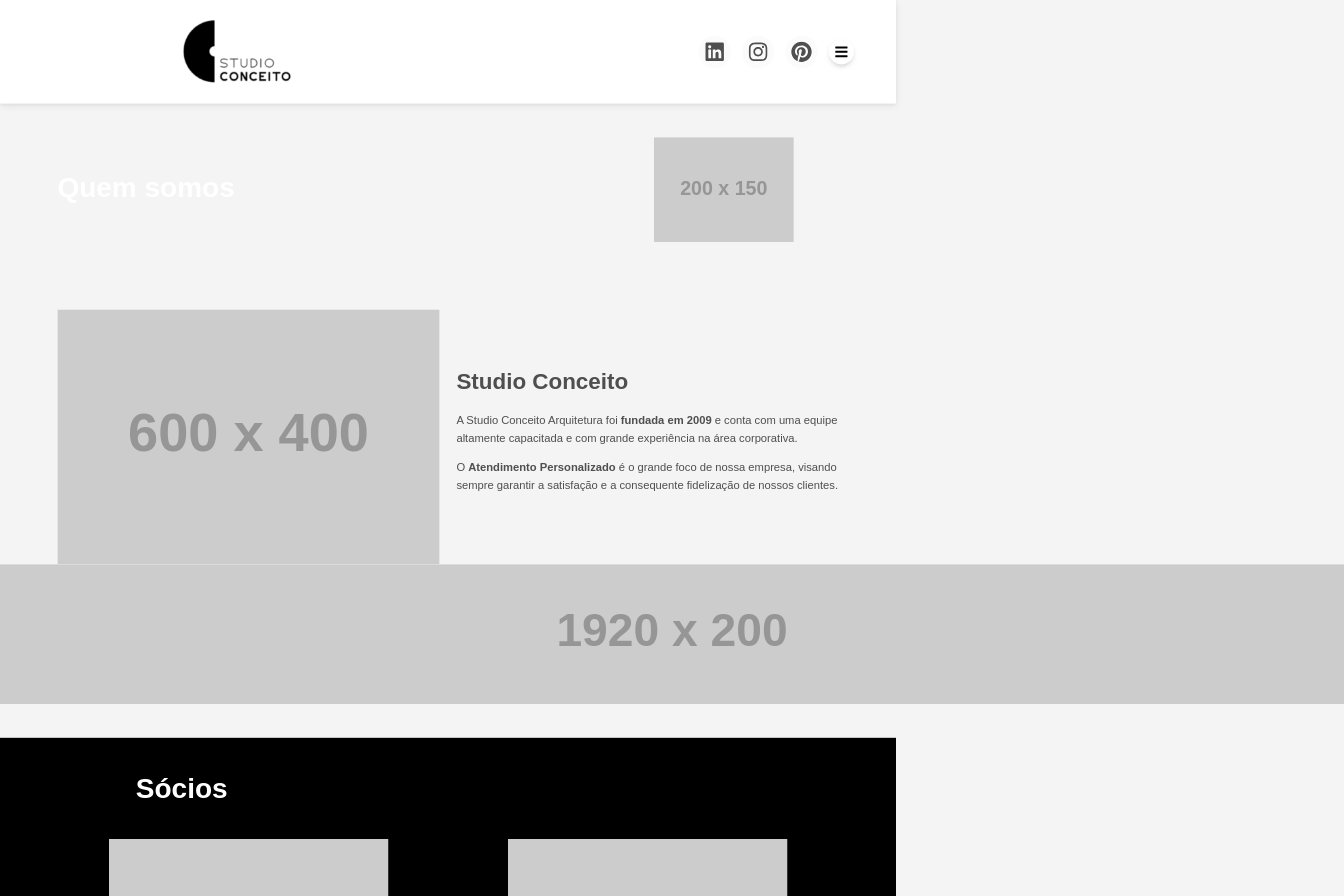
Repository: Upstairs-Agencia/studio-conceito-react
Page: /quem-somos
These files come from the project's save history. The page is drawn as it stood at one moment and after the next save; the edit follows.
The browser window is 1280 px wide. The page is 1920 px wide, so the pictures cover 1920 px, including what lies to the right of the window. The pictures show the part of the page from y = 0 to 1280 px (the page is 3527 px tall before and 3571 px after), at 70% of full size.
The project was rebuilt for these pictures with package versions that can differ from the ones it lists, and the page was loaded fresh each time. Also part of the build but not shown: src/pages/Home.js, src/pages/Servicos.js, src/styles/cases.css, src/pages/Cases.js, src/pages/Blog.js, src/pages/Clientes.js, src/pages/Contato.js.

Above is the page before, as saved 2024-12-29 13:03:05.

### public/index.html
<!DOCTYPE html>
<html lang="en">
  <head>
    <meta charset="utf-8" />
    <link rel="icon" href="%PUBLIC_URL%/favicon.ico" />
    <meta name="viewport" content="width=device-width, initial-scale=1" />
    <meta name="theme-color" content="#000000" />
    <meta
      name="description"
      content="Web site created using create-react-app"
    />
    <link rel="apple-touch-icon" href="%PUBLIC_URL%/logo192.png" />
    <!--
      manifest.json provides metadata used when your web app is installed on a
      user's mobile device or desktop. See https://developers.google.com/web/fundamentals/web-app-manifest/
    -->
    <link rel="manifest" href="%PUBLIC_URL%/manifest.json" />
    <!--
      Notice the use of %PUBLIC_URL% in the tags above.
      It will be replaced with the URL of the `public` folder during the build.
      Only files inside the `public` folder can be referenced from the HTML.

      Unlike "/favicon.ico" or "favicon.ico", "%PUBLIC_URL%/favicon.ico" will
      work correctly both with client-side routing and a non-root public URL.
      Learn how to configure a non-root public URL by running `npm run build`.
    -->
    <title>Studio Conceito</title>
  </head>
  <body>
    <noscript>You need to enable JavaScript to run this app.</noscript>
    <div id="root"></div>
    <!--
      This HTML file is a template.
      If you open it directly in the browser, you will see an empty page.

      You can add webfonts, meta tags, or analytics to this file.
      The build step will place the bundled scripts into the <body> tag.

      To begin the development, run `npm start` or `yarn start`.
      To create a production bundle, use `npm run build` or `yarn build`.
    -->
  </body>
</html>

### src/index.js

import React from 'react';
import ReactDOM from 'react-dom';
import App from './App';
import 'mdb-react-ui-kit/dist/css/mdb.min.css'; // MDB styles
import './index.css'; // Global styles

ReactDOM.render(
  <React.StrictMode>
    <App />
  </React.StrictMode>,
  document.getElementById('root')
);

### src/App.js

import React from 'react';
import { BrowserRouter as Router, Routes, Route } from 'react-router-dom';
import Home from './pages/Home';
import QuemSomos from './pages/QuemSomos';
import Servicos from './pages/Servicos';
import Cases from './pages/Cases';
import Blog from './pages/Blog';
import Clientes from './pages/Clientes';
import Contato from './pages/Contato';

function App() {
  return (
    <Router>
      <Routes>
        <Route path="/" element={<Home />} />
        <Route path="/quem-somos" element={<QuemSomos />} />
        <Route path="/servicos" element={<Servicos />} />
        <Route path="/cases" element={<Cases />} />
        <Route path="/blog" element={<Blog />} />
        <Route path="/clientes" element={<Clientes />} />
        <Route path="/contato" element={<Contato />} />
      </Routes>
    </Router>
  );
}

export default App;

### src/index.css

body {
  margin: 0;
  font-family: Arial, sans-serif;
  background-color: #f4f4f4;
}

### src/pages/QuemSomos.js
import React from "react";
import Navbar from "../components/navbar"; // Importando o componente Navbar
import { MDBContainer, MDBRow, MDBCol } from "mdb-react-ui-kit";
import { FaBullseye, FaEye, FaHeart } from "react-icons/fa";

import Footer from "../components/footer";
import "../styles/quemsomos.css";

export default function QuemSomos() {
  return (
    <>
      {/* Navbar */}
      <Navbar />

      {/* Seção de cabeçalho do quem somos */}
      <section className="text-white py-5">
        <MDBContainer>
          <MDBRow className="align-items-center">
            <MDBCol md="6">
              <h1 className="fw-bold">Quem somos</h1>
            </MDBCol>
            <MDBCol md="6" className="text-end">
              <img
                src="https://placehold.co/200x150" // Imagem maior para seguir o padrão original
                alt="Padrão gráfico"
                style={{ maxWidth: "200px", marginRight: "4rem" }}
              />
            </MDBCol>
          </MDBRow>
        </MDBContainer>
      </section>

      {/* Quem Somos Section */}
      <section className="py-5 ">
        <MDBContainer>
          <MDBRow className="align-items-center">
            <MDBCol md="6">
              <img
                src="https://via.placeholder.com/600x400"
                alt="Studio Conceito"
                className="img-fluid"
              />
            </MDBCol>
            <MDBCol md="6">
              <h2 className="fw-bold mb-4">Studio Conceito</h2>
              <p>
                A Studio Conceito Arquitetura foi{" "}
                <strong>fundada em 2009</strong> e conta com uma equipe
                altamente capacitada e com grande experiência na área
                corporativa.
              </p>
              <p>
                O <strong>Atendimento Personalizado</strong> é o grande foco de
                nossa empresa, visando sempre garantir a satisfação e a
                consequente fidelização de nossos clientes.
              </p>
            </MDBCol>
          </MDBRow>
        </MDBContainer>
        <img
          src="https://via.placeholder.com/1920x200"
          alt="Studio Conceito"
          className="imagemfundo"
        />
      </section>

      {/* Sócios Section */}
      <section className="py-5 socios text-white">
        <MDBContainer>
          <h1 className="text-left titulosocios fw-bold mb-5">Sócios</h1>
          <MDBRow className="text-center">
            <MDBCol md="6" className="mb-4">
              <div className="team-member">
                <img
                  src="https://via.placeholder.com/400x400"
                  alt="Arq. Cristina Castilho"
                  className="img-fluid mb-2"
                />
                <h4 className="fw-bold">Arq. Cristina Castilho</h4>
                <p>CEO | Sócia fundadora</p>
              </div>
            </MDBCol>
            <MDBCol md="6" className="mb-4">
              <div className="team-member">
                <img
                  src="https://via.placeholder.com/400x400"
                  alt="Arq. Gabriel Castilho"
                  className="img-fluid mb-2"
                />
                <h4 className="fw-bold">Arq. Gabriel Castilho</h4>
                <p>COO | Sócio fundador</p>
              </div>
            </MDBCol>
          </MDBRow>
        </MDBContainer>
      </section>

      {/* Atendemos em todo Brasil Section */}
      <section className="py-5">
        <MDBContainer>
          <MDBRow className="align-items-center">
            <MDBCol md="6" className="title-container">
              <h1 className="atendemos-title">Atendemos</h1>
              <h1 className="brasil-title">em todo Brasil</h1>
            </MDBCol>
            <MDBCol md="6">
              <p className="text-large">
                Com uma equipe multidisciplinar e altamente capacitada, composta
                por arquitetos, engenheiros e designers, apresentamos as
                melhores soluções para as demandas de nossos clientes, tanto na
                área de <span className="fw-bold">projeto</span> como de{" "}
                <span className="fw-bold">obra</span>.
              </p>
              <p className="text-large">
                Adequamos nossos times às necessidades de cada solicitação,
                sejam elas projetos, gerenciamento e execução de obra. Do início
                ao fim, ficamos ao lado do cliente{" "}
                <span className="fw-bold">cuidando de todos os detalhes!</span>
              </p>
            </MDBCol>
          </MDBRow>
        </MDBContainer>
      </section>

      {/* Missão, Visão e Valores Section */}
      <section className="py-5">
        <MDBContainer className="mvvsection">
          <MDBRow className="text-center mission-row">
            <MDBCol md="4" className="mission-col">
              <div className="icon-container">
                <FaBullseye size={40} color="#3d7cc9" />
              </div>
              <h5 className="fw-bold">Missão</h5>
              <div className="divider"></div>
              <p>
                Apresentar as melhores soluções para as demandas dos nossos
                clientes, tanto na área de projeto como de obra.
              </p>
            </MDBCol>
            <MDBCol md="4" className="mission-col">
              <div className="icon-container">
                <FaEye size={40} color="#3d7cc9" />
              </div>
              <h5 className="fw-bold">Visão</h5>
              <div className="divider"></div>
              <p>
                Queremos ser reconhecidos como a empresa que mais cuida de seus
                clientes e colaboradores, próximos e atentos a todos os
                detalhes.
              </p>
            </MDBCol>
            <MDBCol md="4" className="mission-col">
              <div className="icon-container">
                <FaHeart size={40} color="#3d7cc9" />
              </div>
              <h5 className="fw-bold">Valores</h5>
              <div className="divider"></div>
              <p>
                Ética, Transparência, Respeito à Vida, Inovação, Paixão,
                Excelência, Flexibilidade, Sustentabilidade, Equilíbrio e
                Fidelização.
              </p>
            </MDBCol>
          </MDBRow>
        </MDBContainer>

        {/* Equipe Section */}
        <section className="equipe-section">
          <MDBContainer fluid className="d-flex align-items-center">
            <MDBCol md="4" className="p-0">
              <img
                src="https://via.placeholder.com/600x400"
                alt="Equipe"
                className="img-fluid equipe-image"
              />
            </MDBCol>
            <MDBCol
              md="8"
              className="d-flex flex-column justify-content-center equipe-text"
            >
              <h2 className="fw-bold text-left mb-3">Equipe</h2>
              <p className="text-left">
                Nossos departamentos de Arquitetura e Engenharia são{" "}
                <strong>muito experientes na área corporativa.</strong>
              </p>
              <p className="text-left">
                Eles possuem uma interação constante, o que torna o conhecimento
                de nossos colaboradores mais abrangente e os serviços
                oferecidos, tanto de obra quanto projeto, mais ricos e
                completos.
              </p>
            </MDBCol>
          </MDBContainer>
        </section>

        {/* Diversidade Section */}
        <section className="diversidade-section">
          <MDBContainer className="d-flex align-items-center justify-content-between">
            <MDBCol md="6" className="d-flex flex-column diversidade-text">
              <p className="text-left">
                A Studio Conceito tem seu quadro societário, e sua equipe de
                colaboradores, constituído por uma{" "}
                <span className="destaque">
                  maioria de pessoas do gênero feminino.
                </span>
              </p>
            </MDBCol>
            <MDBCol md="6" className="d-flex justify-content-center gap-4">
              {/* Gráfico Quadro Societário */}
              <div className="grafico-container">
                <div className="grafico"></div>
                <span className="grafico-percentual">51%</span>
                <p className="grafico-label">Quadro Societário</p>
              </div>

              {/* Gráfico Colaboradoras */}
              <div className="grafico-container">
                <div className="grafico"></div>
                <span className="grafico-percentual">70%</span>
                <p className="grafico-label">Colaboradoras</p>
              </div>
            </MDBCol>
          </MDBContainer>
        </section>

        <Footer />
      </section>
    </>
  );
}

### src/components/navbar.js
import React, { useState } from "react";

import Logo from "../images/logoBlack.png";

import {
  MDBNavbar,
  MDBNavbarBrand,
  MDBContainer,
} from "mdb-react-ui-kit";
import { FaLinkedin, FaInstagram, FaPinterest, FaBars } from "react-icons/fa";
import { IoIosClose } from "react-icons/io";
import { Link } from "react-router-dom";

import SeloGptw from "../images/selo-gptw.png";

const Navbar = () => {
  const [showMenu, setShowMenu] = useState(false);

  return (
    <>
      {/* Navbar */}
      <MDBNavbar dark bgColor="white" className="py-4 px-5">
        <MDBContainer fluid className="d-flex justify-content-between align-items-center">
          {/* Logo */}
          <MDBNavbarBrand href="#" className="ms-5">
            <img
              src={Logo}
              alt="Logo"
              style={{ maxHeight: "90px", marginLeft: "12vw"}}
            />
          </MDBNavbarBrand>

          {/* Social Icons and Menu Toggle */}
          <div className="d-flex align-items-center">
            {/* Social Icons */}
            <div className="d-flex gap-3 me-3">
              <button className="btn btn-light rounded-circle p-2">
                <FaLinkedin size={30} />
              </button>
              <button className="btn btn-light rounded-circle p-2">
                <FaInstagram size={30} />
              </button>
              <button className="btn btn-light rounded-circle p-2">
                <FaPinterest size={30} />
              </button>
            </div>

            {/* FaBars Icon for Sidebar */}
            <button
              className="btn rounded-circle p-2"
              style={{
                background: "none",
                border: "none",
                cursor: "pointer",
              }}
              onClick={() => setShowMenu(!showMenu)}
            >
              <FaBars size={20} color="black" />
            </button>
          </div>
        </MDBContainer>
      </MDBNavbar>

      {/* Sidebar Menu */}
      {showMenu && (
        <div
          className="position-fixed top-0 end-0 bg-white vh-100 vw-350 shadow-lg d-flex flex-column"
          style={{ zIndex: 1050, width: "500px" }}
        >
          <div className="d-flex justify-content-end p-3">
            {/* Close Button */}
            <button
              className="p-0"
              style={{
                background: "none",
                border: "none",
                cursor: "pointer",
              }}
              onClick={() => setShowMenu(false)}
            >
              <IoIosClose size={40} />
            </button>
          </div>





          <div className="p-4 flex-grow-1">
            {/* Menu Items */}
            <ul className="list-unstyled">
              {[
                { label: "Home", link: "/" },
                { label: "Quem somos", link: "/quem-somos" },
                { label: "Serviços", link: "/servicos" },
                { label: "Cases", link: "/cases" },
                { label: "Blog", link: "/blog" },
                { label: "Clientes", link: "/clientes" },
                { label: "Contato", link: "/contato" },
              ].map((item, index) => (
                <li key={index} className="py-2">
                  <Link
                    to={item.link}
                    className="text-decoration-none fs-6"
                    style={{
                      transition: "all 0.3s ease-in-out", // Transição suave
                      color:"black"
                    }}
                    onMouseOver={(e) => {
                      e.currentTarget.style.color = "#FF7F30"; // Altera a cor
                      e.currentTarget.style.fontWeight = "bold"; // Negrito
                    }}
                    onMouseOut={(e) => {
                      e.currentTarget.style.color = "black"; // Retorna à cor original
                      e.currentTarget.style.fontWeight = "normal"; // Retira o negrito
                    }}
                  >
                    {item.label}
                  </Link>
                </li>
              ))}
            </ul>
          </div>



          {/* Footer Section */}
          <div className="d-flex justify-content-between align-items-center px-4 pb-4">
            {/* Social Icons */}
            <div className="d-flex gap-3">
              <button className="btn btn-dark rounded-circle p-2">
                <FaLinkedin size={20} color="white" />
              </button>
              <button className="btn btn-dark rounded-circle p-2">
                <FaInstagram size={20} color="white" />
              </button>
              <button className="btn btn-dark rounded-circle p-2">
                <FaPinterest size={20} color="white" />
              </button>
            </div>

            {/* Placeholder Image */}
            <img
              src={SeloGptw}
              alt="Great Place to Work"
              style={{ maxHeight: "200px", marginBottom: "4rem" }}
            />
          </div>
        </div>
      )}
    </>
  );
};

export default Navbar;

### src/components/footer.js
import React from "react";
import { MDBFooter, MDBContainer, MDBRow, MDBCol } from "mdb-react-ui-kit";
import Logo from "../images/logoBlack.png";
import "../styles/footer.css";

const Footer = () => {
  return (
    <MDBFooter className="footer-container text-center text-white">
      <MDBContainer className="p-4 footer-content">

        <MDBRow className="content-signature">
            {/* Logo e Nome */}
            <MDBCol md="4" className="mb-4 footer-left">
                <img
                    src={Logo}
                    alt="Studio Conceito Logo"
                    className="footer-logo"
                />

                {/* Navegação */}
                <MDBCol md="4" className="mb-3 footer-center">
                    <nav className="footer-nav">
                        <a href="/">Home</a>
                        <a href="/quem-somos"> Quem somos </a>
                        <a href="/servicos">Serviços</a>
                        <a href="/cases">Cases</a>
                        <a href="/blog">Blog</a>
                        <a href="/clientes">Clientes</a>
                        <a href="/contato" className="footerHighlight">
                            Contato
                        </a>
                    </nav>
                </MDBCol>

            </MDBCol>

            {/* Direitos Reservados */}
            <MDBCol md="4" className="mb-4 footer-right">
                <p className="mb-0">2023 &copy; Todos os direitos reservados</p>
            </MDBCol>

        </MDBRow>



      </MDBContainer>
    </MDBFooter>
  );
};

export default Footer;

### src/styles/quemsomos.css
.socios{
    background-color: #000;
}

.titulosocios{
    margin-left: 7rem;
}

/* Título: Atendemos em todo Brasil */
.title-container {
    text-align: left;
  }

  .atendemos-title {
    font-size: 2.5rem;
    font-weight: normal;
    color: #000;
  }

  .brasil-title {
    font-size: 2.5rem;
    font-weight: bold;
    color: #000;
    margin-top: -10px; /* Para aproximar os textos */
  }

  /* Texto em letras maiores */
  .text-large {
    font-size: 1.2rem;
    line-height: 1.8;
    text-align: left;
  }

  /* Missão, Visão e Valores */
  .mission-row {
    justify-content: space-between;
  }

  .mission-col {
    text-align: left;
    max-width: 400px;
  }

  .icon-container {
    margin-bottom: 10px;
  }

  .divider {
    width: 100%;
    height: 2px;
    background-color: #000;
    margin: 10px auto;
  }

  .mvvsection{
    margin-bottom: 4rem;
  }

  /* Equipe Section */
.equipe-section {
    background-color: #000;
    color: #fff;
    height: 408px;
  }

  .equipe-image {
    object-fit: cover;
    height: 100%;
    width: 100%;
    margin-left: -1rem;
  }

  .equipe-text {
    padding: 0 2rem;
  }

  .equipe-text h2 {
    font-size: 2rem;
  }

  .equipe-text p {
    font-size: 1.2rem;
  }

  /* Diversidade Section */
  .diversidade-section {
    background-color: #fff;
    color: #000;
    padding: 3rem 0;
  }

  .diversidade-text p {
    font-size: 1.2rem;
  }

  .diversidade-text .destaque {
    color: #3d7cc9;
    font-weight: bold;
  }

  /* Gráficos */
  .grafico-container {
    position: relative;
    text-align: center;
  }

  .grafico {
    width: 250px;
    height: 250px;
    border-radius: 50%;
    border: 30px solid #eaeaea;
    border-top: 30px solid #3d7cc9;
    transform: rotate(-90deg);
    margin: 0 auto;
  }

  .grafico-percentual {
    position: absolute;
    top: 50%;
    left: 50%;
    transform: translate(-40%, -90%);
    color: #3d7cc9;
    font-weight: bold;
    font-size: 2rem;
  }

  .grafico-label {
    margin-top: 10px;
    font-size: 1rem;
    font-weight: bold;
  }


  /* Responsividade */
  @media (max-width: 768px) {
    .atendemos-title,
    .brasil-title {
      font-size: 2rem;
    }

    .text-large {
      font-size: 1rem;
    }

    .mission-col {
      max-width: 100%;
    }
  }

### src/styles/footer.css
.footer-container {
    background-color: white;
    height: 25vh !important; /* Ocupa 30% da altura da tela */
    display: flex;
    justify-content: center;
    align-items: center;
    color: black;
    font-family: Arial, sans-serif;
    margin: 1rem 0;
  }

  .footer-content {
    height: 100%; /* Garante que o conteúdo ocupe toda a altura do footer */
  }

  .content-signature{
    display: flex;
    flex-direction: row;
  }

  .footer-left {
    display: flex;
    flex-direction: column;
  }

  .footer-logo {
    max-width: 40%; /* Aumenta a imagem para 40% de seu tamanho */
    margin-bottom: 10px;
  }


  .footer-center {
    text-align: center;
    margin: 2rem 0;
  }

  .footer-nav{
    display: flex;
    flex-direction: row;
    justify-content: space-around;
    width:35vw;

  }

  .footerHighlight {
    color: #ff6600 !important;
  }

  .footer-nav a {
    margin: 1px 1rem;
    text-decoration: none;
    color: #000;
    font-size: 1rem;
    transition: color 0.3s ease;
  }

  .footer-nav a:hover {
    color: #ff6600;
  }



  .footer-right {
    text-align: center;
    display: flex;
    justify-content: center;
    align-items: center;
    margin-left: 20vw;
    font-size: 0.9rem;
    color: #000;
  }

After the next save:
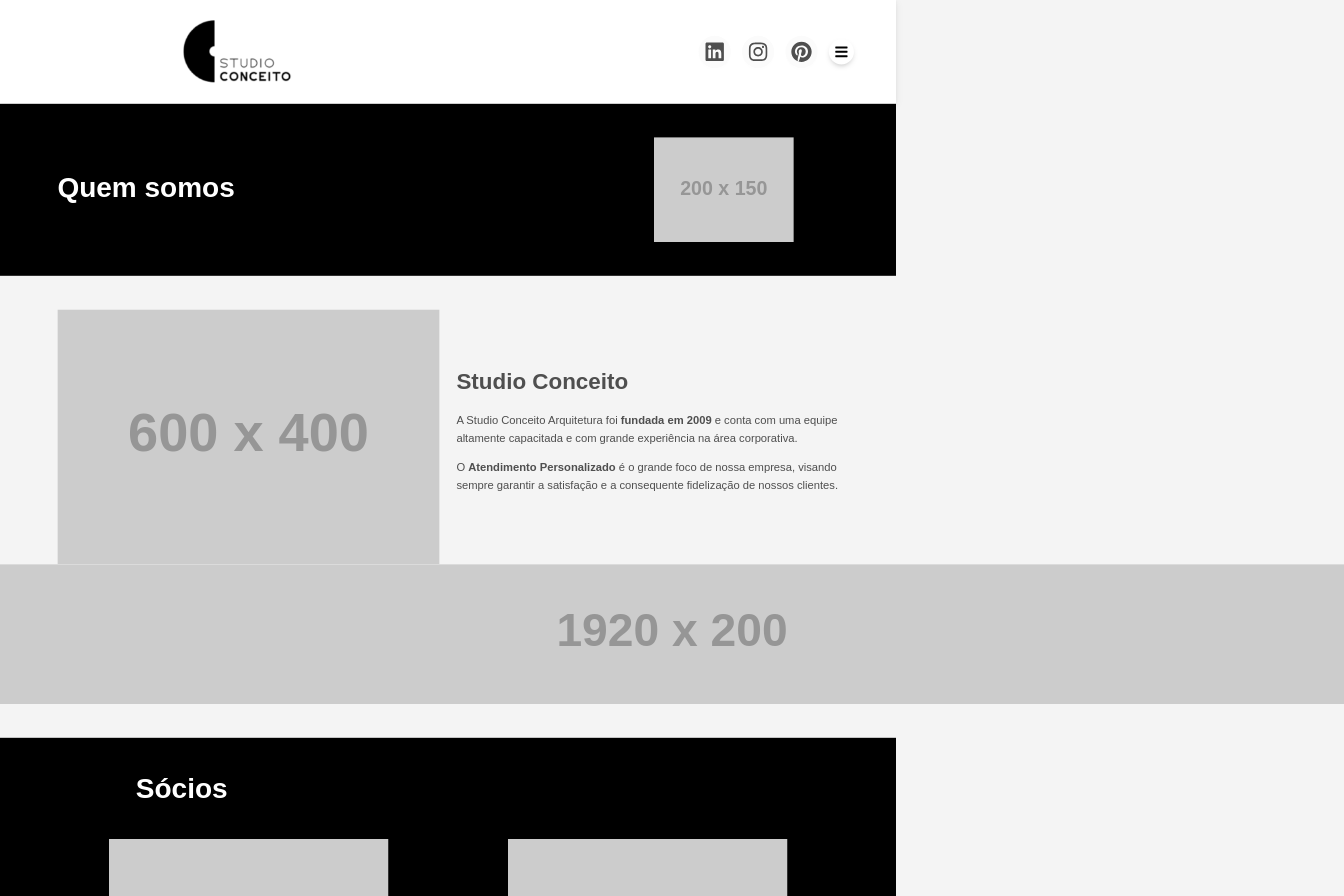
Saved 48 s later.
--- a/src/pages/QuemSomos.js
+++ b/src/pages/QuemSomos.js
@@ -13,7 +13,7 @@ export default function QuemSomos() {
       <Navbar />
 
       {/* Seção de cabeçalho do quem somos */}
-      <section className="text-white py-5">
+      <section className="bg-black text-white py-5">
         <MDBContainer>
           <MDBRow className="align-items-center">
             <MDBCol md="6">
@@ -223,8 +223,10 @@ export default function QuemSomos() {
           </MDBContainer>
         </section>
 
-        <Footer />
-      </section>
+
+      </section>
+
+      <Footer />
     </>
   );
 }
